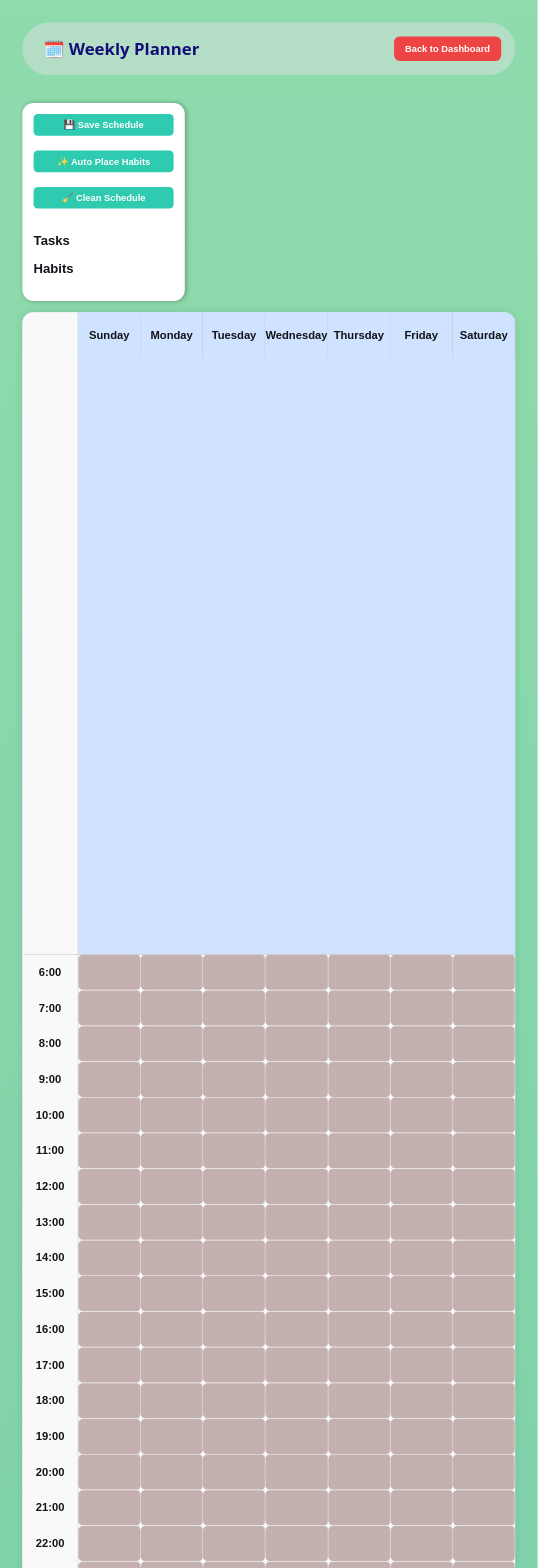
Repository: RachelB9913/smart-task-and-habit-tracker
Page: /schedule
These files come from the project's save history. The page is drawn as it stood at one moment and after the next save; the edit follows.
The browser window is 768 px wide. The pictures show the part of the page from y = 0 to 2240 px (the page is 17814 px tall before and 17830 px after), at 70% of full size.
The project was rebuilt for these pictures with package versions that can differ from the ones it lists, and the page was loaded fresh each time. Also part of the build but not shown: src/components/PageWrapper.js, src/components/welcome.js, src/services/api.js, src/components/Login.js, src/components/Register.js, src/components/DashBoard.js.

Above is the page before, as saved 2025-06-29 19:15:19.

### src/App.js
import { BrowserRouter as Router, Routes, Route } from 'react-router-dom';
import Welcome from './components/welcome';
import Login from './components/Login';
import Register from './components/Register';
import Dashboard from './components/DashBoard';
import SchedulePlanner from './components/SchedulePlanner';


function App() {
  return (
    <Router>
      <Routes>
        <Route path="/" element={<Welcome />} />
        <Route path="/login" element={<Login />} />
        <Route path="/register" element={<Register />} />
        <Route path="/dashboard" element={<Dashboard />} />
        <Route path="/schedule" element={<SchedulePlanner />} />
      </Routes>
    </Router>
  );
}

export default App;

### src/App.css
html, body, #root {
  height: 100%;
  margin: 0;
  padding: 0;
  box-sizing: border-box;
}

form input {
  width: 100%;
  padding: 0.75rem;
  margin-bottom: 1rem;
  border: 1px solid #ddd;
  border-radius: 0.5rem;
  font-size: 1rem;
  transition: border-color 0.2s;
}

form input:focus {
  border-color: #6366f1; /* Indigo */
  outline: none;
}

form button,
.form-container button {
  width: 100%;
  padding: 0.75rem;
  font-size: 1rem;
  color: white;
  background-color: #6d6ed0; /* Indigo */
  border: none;
  border-radius: 0.5rem;
  cursor: pointer;
  transition: background-color 0.2s;
}

form button:hover,
.form-container button:hover {
  background-color: #4f46e5; /* Darker Indigo */
}

.form-container {
  max-width: 400px;
  margin: 100px auto;
  padding: 2rem;
  background-color: white;
  border-radius: 1rem;
  box-shadow: 0 8px 20px rgba(0, 0, 0, 0.1);
  text-align: center;
}

h2 {
  margin-bottom: 1.5rem;
  color: #130e77;
  font-size: 2rem;
  font-weight: 500;

}

.welcome-root {
  font-family: 'Manrope', 'Noto Sans', sans-serif;
  background: linear-gradient(to bottom, hsl(143, 51%, 71%), #1c979e);
  color: #111418;
  min-height: 100vh;
  display: flex;
  flex-direction: column;
}

.welcome-header {
  display: flex;
  justify-content: space-between;
  align-items: center;
  padding: 0rem 2rem;
  border-bottom: 1px solid #030f21;
  background-color: rgb(255, 255, 255);
}

.logo-area {
  display: flex;
  align-items: center;
  gap: 0.5rem;
}

.nav-links, .nav-actions {
  display: flex;
  gap: 1rem;
  align-items: center;
}

.nav-links a, .footer a {
  text-decoration: none;
  font-weight: 500;
  color: #111418;
}

.nav-actions button {
  padding: 0.5rem 1rem;
  border-radius: 8px;
  border: none;
  font-weight: bold;
  cursor: pointer;
}

/* top buttons */
.nav-actions button:first-child {
  background: #0c7ff2;
  color: white;
}

.nav-actions button:first-child:hover {
  background: #0361bf; /* new hover color */
  color: #e3e3e3;      /* optional: change text color on hover */
}

.nav-actions button:last-child {
  background: #f0f2f5;
  color: #111418;
}

.nav-actions button:last-child:hover {
  background: #b5b8bd; /* new hover color */
  color: #0c7ff2;      /* optional: change text color on hover */
}

.welcome-hero {
  background: transparent;
  padding: 3rem 2rem;
  text-align: center;
  color: rgb(1, 0, 9);
}

.welcome-hero h1 {
  font-size: 2.5rem;
  font-weight: 800;
}

.hero-actions {
  margin-top: 2rem;
  display: flex;
  justify-content: center;
  gap: 1rem;
}

.hero-actions button {
  padding: 0.75rem 1.5rem;
  font-weight: bold;
  border-radius: 8px;
  border: none;
  cursor: pointer;
}

/* center buttons */
.hero-actions button:first-child {
  background-color: #0c7ff2;
  color: white;
}

.hero-actions button:first-child:hover {
  background-color: #0c7ff2;
  color: white;
  border: #0d1101 1px solid;
}

.hero-actions button:last-child {
  background-color: #f0f2f5;
  color: #111418;
}

.hero-actions button:last-child:hover {
  background-color: #f0f2f5;
  color: #111418;
  border: #0d1101 1px solid;
}

.features {
  padding: 3rem 2rem;
  text-align: center;
}

.feature-cards {
  display: flex;
  gap: 1rem;
  flex-wrap: wrap;
  justify-content: center;
  margin-top: 2rem;
}

.feature-card {
  background: white;
  padding: 1.5rem;
  border-radius: 12px;
  border: 1px solid #052246;
  max-width: 300px;
  text-align: left;
  text-align: center;
  box-shadow: 0 4px 10px rgba(0, 0, 0, 0.5);

}

.footer {
  text-align: center;
  padding: 2rem;
  font-size: 1.1rem;
  color: #0d1101;
}

.register-background {
  background: linear-gradient(to left top, hsl(143, 51%, 71%), #1c979e);
  min-height: 100vh;
  display: flex;
  align-items: center;
  justify-content: center;
}

.login-background {
  background: linear-gradient(to right bottom, hsl(143, 51%, 71%), #1c979e);
  min-height: 100vh;
  display: flex;
  align-items: center;
  justify-content: center;
}

### src/components/Auth.css
.auth-container {
  max-width: 400px;
  margin: 60px auto;
  padding: 2rem;
  background-color: #f8f9fa;
  border-radius: 12px;
  box-shadow: 0 2px 10px rgba(0, 0, 0, 0.1);
}

.auth-form {
  display: flex;
  flex-direction: column;
  gap: 1rem;
}

.auth-form input {
  padding: 0.75rem;
  border-radius: 8px;
  border: 1px solid #ccc;
  font-size: 1rem;
}

.auth-form button {
  padding: 0.75rem;
  background-color: #007bff;
  color: white;
  border: none;
  border-radius: 8px;
  font-size: 1rem;
  cursor: pointer;
}

.auth-form button:hover {
  background-color: #0056b3;
}


.dashboard-header {
  display: flex;
  justify-content: flex-end;
  padding: 20px;
}

.dashboard-header button {
  padding: 10px 16px;
  background-color: #ef4444; /* red */
  color: white;
  border: none;
  border-radius: 8px;
  font-weight: bold;
  cursor: pointer;
}

.dashboard-header button:hover {
  background-color: #ad2626;
}

.button-group {
  display: flex;
  flex-direction: column;
  gap: 10px; /* Adjust the space between buttons */
}

### src/Dashboard.css
/* Dashboard.css */

.dashboard-container {
  font-family: 'Manrope', 'Noto Sans', sans-serif;
  min-height: 100vh;
  padding: 2rem;
  transition: background-color 0.3s ease;
  color: #111418;
}

.dashboard-container.light {
  background: linear-gradient(to bottom, hsl(143, 51%, 71%), #1c979e);
}

.dashboard-header {
  display: flex;
  justify-content: space-between;
  align-items: center;
  padding: 20px;
  background-color: rgba(218, 226, 226, 0.5);
  color: #031d3e;
  border-radius: 3rem;
  margin-bottom: 2rem;
}

.header-left {
  display: flex;
  align-items: center;
  justify-content: flex-start;
  flex: 1; /* allows the left side to take up space */
}

.header-left h2 {
  margin: 0;
  padding-left: 10px;
  font-weight: 700;
  font-size: 1.5rem;
}

.toggle-button,
.bg-toggle {
  padding: 0.6rem 1.2rem;
  font-weight: bold;
  border-radius: 8px;
  border: none;
  cursor: pointer;
  font-size: 1rem;
  background-color: #0c7ff2;
  color: white;
  transition: background-color 0.2s ease;
}

.toggle-button:hover,
.bg-toggle:hover {
  background-color: #035fd0;
}

.add-button {
  width: 30px;
  height: 30px;
  border-radius: 50%;
  font-size: 20px;
  background-color: hsl(211, 69%, 59%);
  color: white;
  border: none;
  cursor: pointer;
  transition: background-color 0.3s ease;
}

.add-button:hover {
  background-color: #0056b3;
}

.toggle-button {
  display: block;
  margin: 1rem auto;
}

.task-section,
.habit-section {
  background-color: white;
  color: #111418;
  max-width: 650px;
  margin: 1rem auto;
  padding: 1rem 1.5rem;
  border-radius: 1rem;
  box-shadow: 0 6px 12px rgba(120, 8, 226, 0.1);
}

.task-section ul,
.habit-section ul {
  list-style-type: none;
  padding: 0;
}

.task-section li,
.habit-section li {
  padding: 0.5rem 0;
  border-bottom: 1px solid #ddd;
}

.task-section li:last-child,
.habit-section li:last-child {
  border-bottom: none;
}

h1 {
  text-align: center;
  font-size: 2rem;
  margin-bottom: 2rem;
  color: #031d3e;
  font-weight: 1000;
}

.logout-button {
  background-color: #e74c3c;
  color: white;
  border: none;
  padding: 8px 12px;
  border-radius: 5px;
  cursor: pointer;
}

.logout-button:hover {
  background-color: #c0392b;
}

.form-popup-overlay {
  position: fixed;
  top: 0;
  left: 0;
  height: 100vh;
  width: 100vw;
  background: rgba(0, 0, 0, 0.3);
  display: flex;
  align-items: center;
  justify-content: center;
  z-index: 999;
}

.form-popup {
  background: white;
  padding: 2rem;
  border-radius: 1rem;
  box-shadow: 0 0 20px rgba(0,0,0,0.2);
  display: flex;
  flex-direction: column;
  gap: 1rem;
  width: 300px;
}

.task-item {
  padding: 0.5rem 0;
  border-bottom: 1px solid #ddd;
}

.task-content {
  display: flex;
  align-items: flex-start;
}

.task-content input[type="checkbox"] {
  margin-top: 0.7rem;
  margin-left: 0.9rem;
  transform: scale(1.2);
  cursor: pointer;
}

.task-details {
  flex: 1;
  padding: 0.5rem 0.75rem; /* ← Add this for internal spacing */
  border-radius: 0.5rem;
}

.task-done {
  opacity: 0.5;
  text-decoration: line-through;
}

.task-item {
  background-color: white;
  margin-bottom: 0.5rem;
  border-radius: 0.5rem;
  box-shadow: 0 1px 3px rgba(0,0,0,0.1);
  transition: transform 0.2s ease;
}

.task-actions {
  display: flex;
  flex-direction: column;
  gap: 0.3rem;
}

.edit-button, .delete-button {
  background: none;
  border: black;
  border-radius: 0.5rem;
  cursor: pointer;
  font-size: 1rem;
  transition: color 0.2s;
}

.edit-button:hover {
  color: #0a58ca;
}

.delete-button:hover {
  color: #dc3545;
}

.task-section li strong,
.habit-section li strong {
  font-weight: 700;
  font-size: 1rem;
  color: #031d3e;
}

.task-section li em,
.habit-section li em {
  font-style: italic;
  color: #555;
}

.task-section li,
.habit-section li {
  font-family: 'Manrope', 'Noto Sans', sans-serif;
  font-size: 0.95rem;
  font-weight: lighter;
}

### src/components/SchedulePlanner.css
.stats-wrapper {
  display: flex;
  flex-direction: column;
  gap: 1.5rem;
  align-items: center;
  padding: 1rem;
}

.quote-panel {
  background-color: #fdf7ff;
  color: mediumvioletred;
  padding: 1.5rem;
  border-radius: 16px;
  text-align: center;
  box-shadow: 0 4px 12px rgba(0, 0, 0, 0.08);
  font-size: 1.2rem;
  font-style: italic;
  display: flex;
  justify-content: center;
  align-items: center;
  min-height: 85px;
  width: 100%;
  max-width: 220px;
}

.quote-panel:hover {
  color: #1f16cd;
}

.stats-wrapper .stats-panel {
  width: 100%;
  max-width: 220px;
}

.planner-container {
  display: flex;
  height: calc(100vh - 120px);
  font-family: 'Manrope', sans-serif;
}

.task-sidebar {
  flex-shrink: 0;
  width: 200px;
  background: white;
  padding: 1rem;
  box-shadow: 2px 0 8px rgba(0,0,0,0.3);
  border-radius: 1rem;
  margin: 1rem;
  height: fit-content;
}

.task-item {
  background: hsl(210, 34%, 76%);
  color: #031d3e;
  margin: 0.5rem 0;
  padding: 0.6rem;
  border-radius: 10px;
  font-weight: 600;
  box-shadow: 0 2px 4px rgba(0,0,0,0.1);
}

.calendar-grid {
  flex: 1;
  display: grid;
  flex-direction: column;
  overflow: auto;
  margin: 1rem;
  border-radius: 1rem;
  background: white;
  box-shadow: 0 0 12px rgba(0, 0, 0, 0.1);
  grid-template-rows: repeat(var(--row-count), 1fr);

}


.grid-header {
  /* display: flex;
  background: #cfe2ff;
  font-weight: bold;
  border-bottom: 1px solid #ccc; */
  display: grid;
  grid-template-columns: 80px repeat(7, 1fr); /* hour + 7 days */
  background: #cfe2ff;
  font-weight: bold;
  border-bottom: 1px solid #ccc;
}

.grid-body .row {
  /* display: flex;
  border-bottom: 1px solid #eee; */
  display: grid;
  grid-template-columns: 80px repeat(7, 1fr); /* same as above */
  border-bottom: 1px solid #eee;
}

.cell {
  padding: 0.5rem;
  border-right: 1px solid #ccc;
  overflow: hidden;
}

.hour-cell {
  display: flex;
  align-items: center;
  justify-content: center;
  background: #f9f9f9;
  font-weight: bold;
  border-right: 1px solid #ccc;
}

.time-slot {
  background-color: #c5b0b0;
  border-radius: 6px;
  height: 50px;
  display: flex;
  justify-content: center;
  align-items: center;
  padding: 0;
}

.time-slot:hover {
  background-color: #e7f5ff;
  cursor: pointer;
}

.day-cell {
  display: flex;
  align-items: center;
  justify-content: center;
  text-align: center;
  background: #cfe2ff;
  border-right: 1px solid #ccc;
  height: 50px;
  font-weight: 600;
}

.scheduled-task {
  background-color: #a8dadc;
  border: 1px solid #3dbd19;
  padding: 2px 6px;
  border-radius: 6px;
  font-weight: 500;
  font-size: 0.8rem;
  text-align: center;
  display: flexbox;
  justify-content: space-between;
  align-items: center;
  overflow: hidden;
  text-overflow: ellipsis;
}

.scheduled-task.habit-task {
  background-color: #a8dadc;
  border: 1px solid #7e2fbe;
  padding: 2px 5px;
  border-radius: 6px;
  font-weight: 500;
  font-size: 0.8rem;
  text-align: center;
  display: flexbox;
  justify-content: space-between;
  align-items: center;
  overflow: hidden;
  text-overflow: ellipsis;
}

.done-task {
  background-color: #90ee90 !important; /* light green for done tasks */
  border: 1px solid #3dbd19 !important;
}

.remove-btn {
  background: none;
  border: none;
  color: #d00000;
  font-size: 0.8rem;
  cursor: pointer;
  margin-left: 0rem;
  margin-right: 0.6rem;
}

.grayed-out {
  opacity: 0.5;
  pointer-events: none;
}

.save-button {
  margin-bottom: 1rem;
  padding: 0.5rem 1rem;
  background-color: #2ecbb1;
  color: white;
  border: none;
  border-radius: 6px;
  font-weight: bold;
  cursor: pointer;
  transition: background-color 0.2s ease;
}

.save-button:hover {
  background-color: #137969;
}

.save-button-container {
  display: flex;
  justify-content: center;
  margin-bottom: 1rem;
}

.mark-done-btn {
  background: none;
  border: none;
  color: green;
  font-size: 1rem;
  cursor: pointer;

}

.vertical-buttons {
  display: flex;
  flex-direction: column;
  gap: 5px;
}

.habit-icons {
  display: flex;
  gap: 4px;
}
.duplicate-btn {
  background: none;
  border: none;
  font-size: 1rem;
  cursor: pointer;
}

.modal-overlay {
  position: fixed;
  top: 0;
  left: 0;
  width: 100%;
  height: 100%;
  backdrop-filter: blur(6px);
  background-color: rgba(0, 0, 0, 0.3);
  display: flex;
  align-items: center;
  justify-content: center;
  z-index: 1000;
}

.modal-content {
  background-color: white;
  padding: 2rem;
  border-radius: 12px;
  box-shadow: 0 8px 24px rgba(0, 0, 0, 0.2);
  text-align: center;
  min-width: 300px;
  animation: fadeIn 0.3s ease;
  min-width: 60vw;
  max-width: 95vw;
  padding: 1rem;
}

@media (max-width: 600px) {
  .modal-content {
    min-width: 90vw;
    padding: 0.5rem;
  }
}

.modal-buttons {
  margin-top: 1rem;
  display: flex;
  justify-content: space-around;
  gap: 1rem;
}

.confirm-btn,
.cancel-btn {
  padding: 0.6rem 1.2rem;
  border-radius: 8px;
  border: none;
  cursor: pointer;
  font-weight: bold;
  transition: background-color 0.2s ease;
}

.confirm-btn {
  background-color: #4CAF50;
  color: white;
  font-weight: lighter;
}

.cancel-btn {
  background-color: #f44336;
  color: white;
  font-weight: lighter;
}

.confirm-btn:hover {
  background-color: #45a049;
}

.cancel-btn:hover {
  background-color: #d32f2f;
}

@keyframes fadeIn {
  from { opacity: 0; transform: scale(0.9); }
  to { opacity: 1; transform: scale(1); }
}

.stat-circle.full-gold {
  background-color: gold;
  border-radius: 50%;
  padding: 0.3rem;
}

@media (max-width: 900px) {
  .planner-container {
    flex-direction: column;
    height: auto;
  }
  .task-sidebar, .calendar-grid {
    max-width: 100%;
    margin: 0.5rem 0;
  }
  .stats-panel {
    width: 100%;
    max-width: 230px;
    min-width: 180px;
    box-sizing: border-box;
  }
}

### src/components/StatisticsPanel.css
.stat-label {
  position: absolute;
  top: 0;
  left: 0;
  width: 100%;
  height: 100%;
  display: flex;
  flex-direction: column;
  align-items: center;
  justify-content: center;
  font-weight: bold;
  font-size: 1rem;
  color: #0e0101;
}

.stats-panel {
  position: sticky;
  top: 1rem;
  align-self: flex-start;
  background: #f9f9fb;
  border-radius: 1.5rem;
  box-shadow: 0 4px 10px rgba(0, 0, 0, 0.3);
  font-family: 'Segoe UI', sans-serif;
  padding: 1.5rem;
  margin: 0.5rem;
  display: flex;
  flex-direction: column;
  gap: 2rem;
  max-width: 230px;
}

.stat-circle {
  position: relative;
  width: 140px;
  height: 140px;
  margin: 0 auto;
}

.stat-circle svg {
  transform: rotate(-90deg);
  width: 100%;
  height: 100%;
}

.stat-bg,
.stat-fill {
  fill: none;
  stroke-width: 12;
  stroke-linecap: round;
}

.stat-bg {
  stroke: #e0e0e0;
}

.stat-fill {
  fill: none;
  stroke-width: 12;
  stroke-linecap: round;
  transition: stroke-dashoffset 0.5s ease;
}

.stat-label {
  position: absolute;
  top: 50%;
  left: 50%;
  transform: translate(-50%, -50%);
  text-align: center;
}

.stat-label strong {
  display: block;
  font-size: 1.1rem;
  color: #333;
}

.progress-ring circle {
  transition: stroke-dashoffset 0.6s ease-out;
}

.stats-circle {
  position: relative;
  cursor: help;
}
.stats-circle:hover::after {
  content: attr(data-tooltip);
  position: absolute;
  top: -1.5rem;
  left: 50%;
  transform: translateX(-50%);
  background: #444;
  color: #fff;
  padding: 0.3em 0.5em;
  border-radius: 4px;
  font-size: 0.8rem;
  white-space: nowrap;
  z-index: 10;
}

.legend {
  display: flex;
  flex-direction: column;
  gap: 4px;
  margin-top: -1rem;
  margin-bottom: 1rem;
  align-items: flex-start;
}

.legend-item {
  display: flex;
  align-items: center;
  gap: 0.4rem;
  font-size: 0.9rem;
}

.dot {
  display: inline-block;
  width: 10px;
  height: 10px;
  margin-right: 5px;
  border-radius: 50%;
}
.green { background: #2ecc71; }
.yellow { background: #f1c40f; }
.gray { background: #ccc; }

.celebration-message {
  margin-top: 0rem;
  font-weight: bold;
  font-size: 1.1rem;
  color: #27ae60;
  text-align: center;
  animation: pop 0.6s ease;
}

@keyframes pop {
  0% { transform: scale(0.8); opacity: 0; }
  50% { transform: scale(1.1); opacity: 1; }
  100% { transform: scale(1); }
}

Loaded but not shown: public/index.html (common file); src/index.js (common file); src/index.css (common file); src/reportWebVitals.js (common file); src/components/SchedulePlanner.js (687 lines, source omitted); src/components/StatisticsPanel.js (169 lines, source omitted)

After the next save:
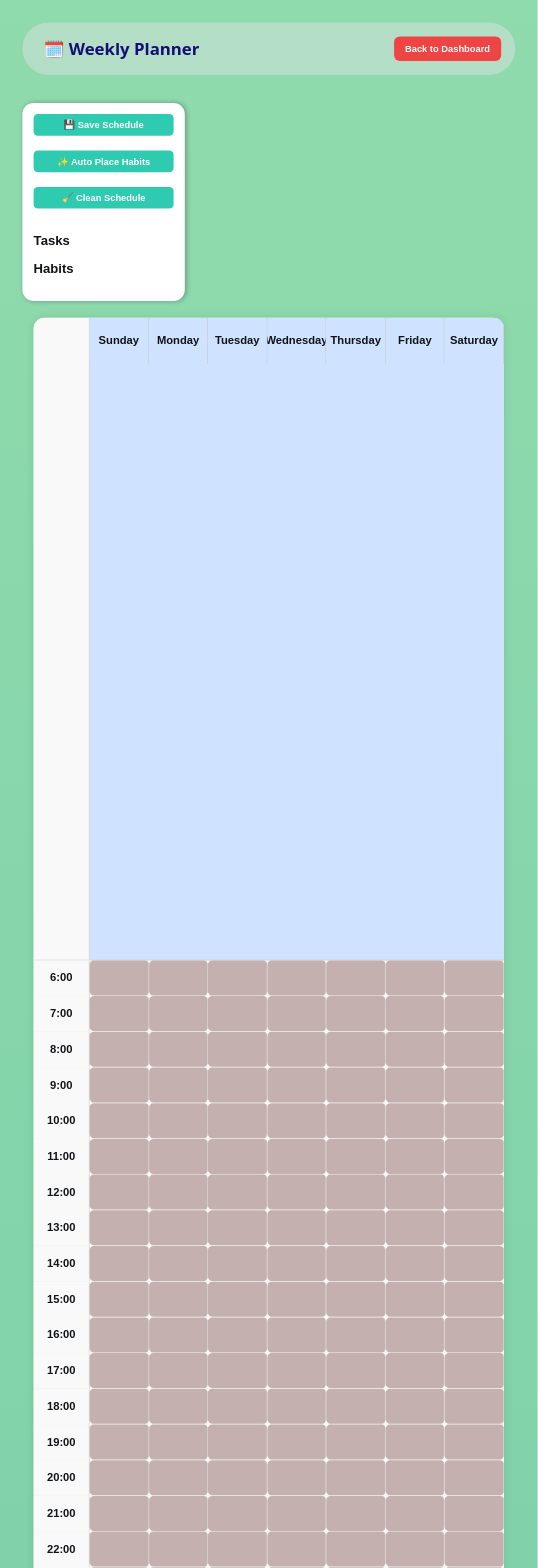
Saved 31 s later.
--- a/src/components/SchedulePlanner.css
+++ b/src/components/SchedulePlanner.css
@@ -319,7 +319,7 @@
     flex-direction: column;
     height: auto;
   }
-  .task-sidebar, .calendar-grid {
+  .task-sidebar {
     max-width: 100%;
     margin: 0.5rem 0;
   }

After the save that followed:
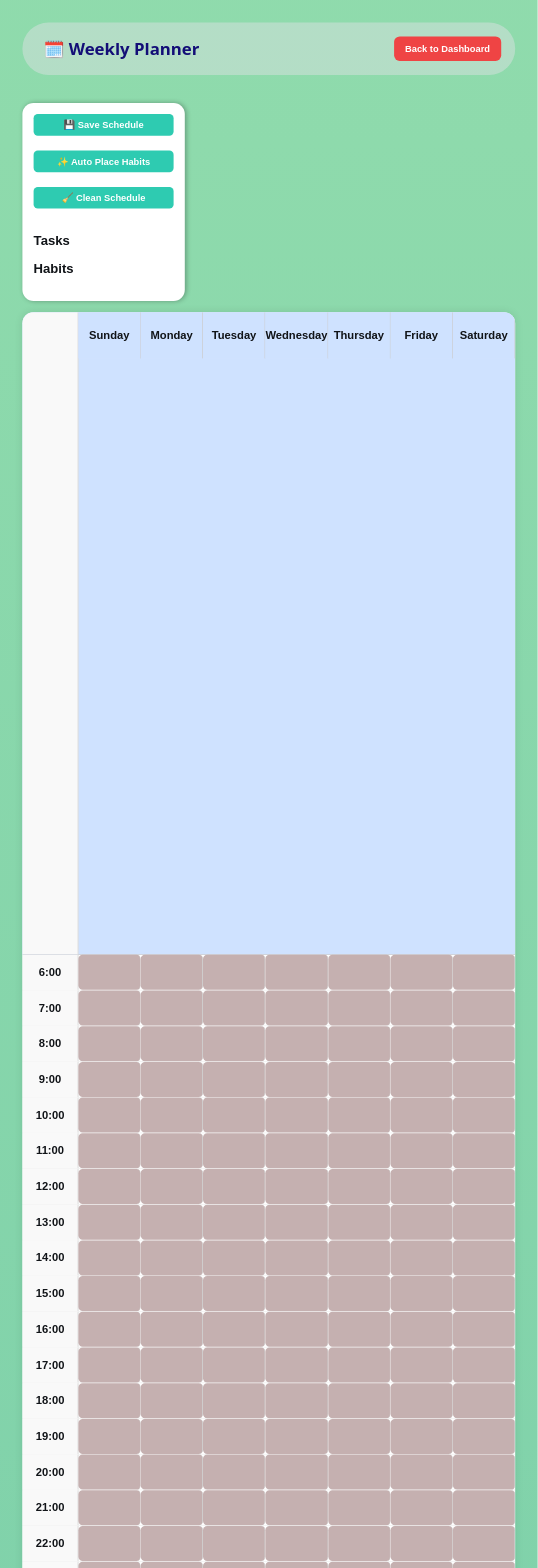
Saved 5 s later.
--- a/src/components/SchedulePlanner.css
+++ b/src/components/SchedulePlanner.css
@@ -319,7 +319,7 @@
     flex-direction: column;
     height: auto;
   }
-  .task-sidebar {
+  .task-sidebar, .calendar-grid {
     max-width: 100%;
     margin: 0.5rem 0;
   }
